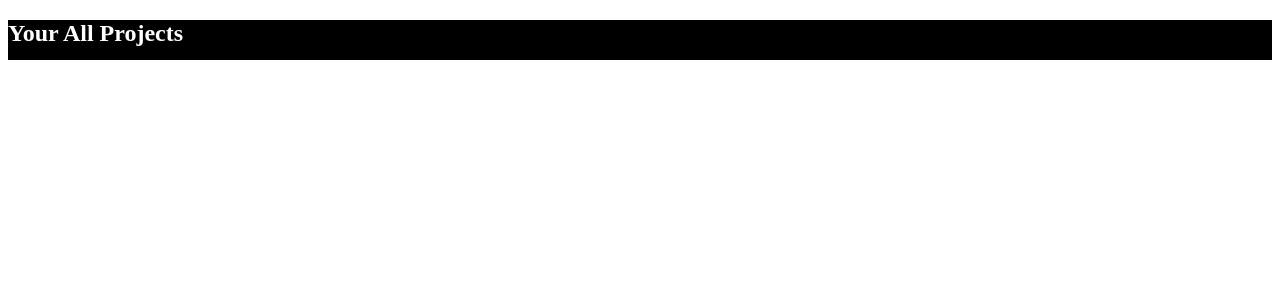
Repository: HAIDAR123654/CodeHuntMvcProject
Page: http://localhost/myportfolio/deleteproject.jsp
The author's editor kept a copy of each file at every save. The page is drawn from the files as they stood at one save, then again after the next save.
The browser window is 1280 px wide. The pictures show the whole page.
The page is served by Tomcat 9. Queries for data that is not in the repository find no rows.

Above is the page before, as saved 2024-01-27 12:12:48.

After the next save:
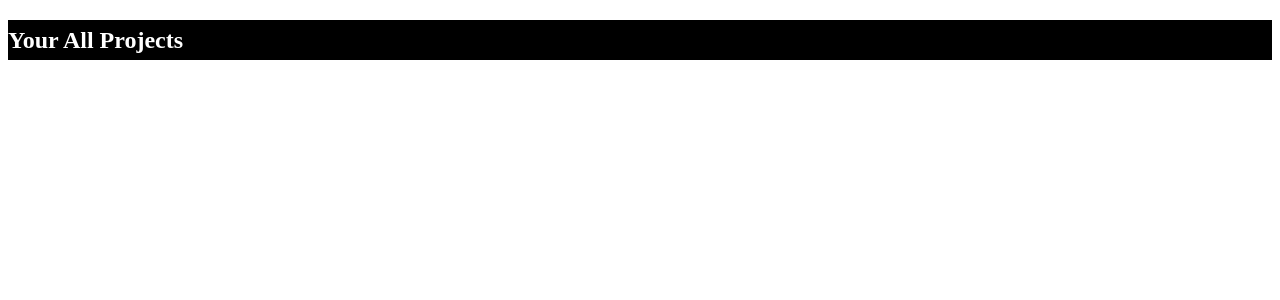
Saved 11 s later.
--- a/myportfolio/src/main/webapp/deleteproject.jsp
+++ b/myportfolio/src/main/webapp/deleteproject.jsp
@@ -16,7 +16,7 @@
       height:40px;
       background: black;
       color:white;
-      line-height: auto;
+      line-height: 40px;
    }
 .section {
             display: flex;

After the save that followed:
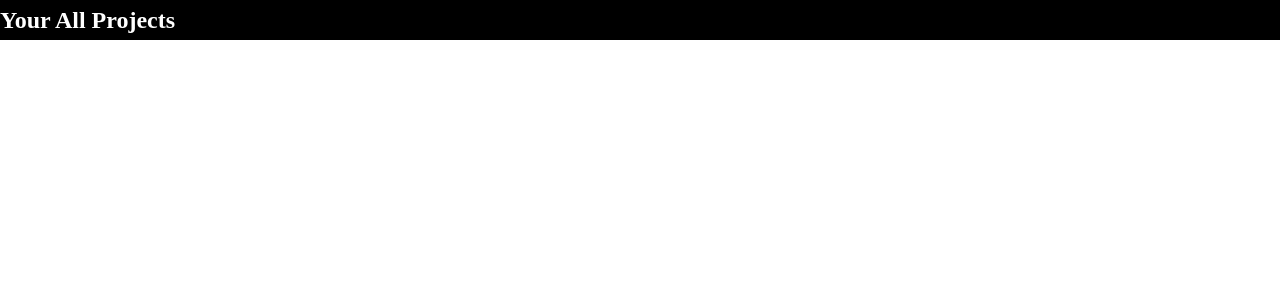
Saved 25 s later.
--- a/myportfolio/src/main/webapp/deleteproject.jsp
+++ b/myportfolio/src/main/webapp/deleteproject.jsp
@@ -11,6 +11,10 @@
 <meta name="viewport" content="width=device-width, initial-scale=1.0">
 <title>All Projects</title>
 <style>
+  *{
+   padding:0;
+   margin:0;
+  }
    h2{
       width:100%;
       height:40px;
